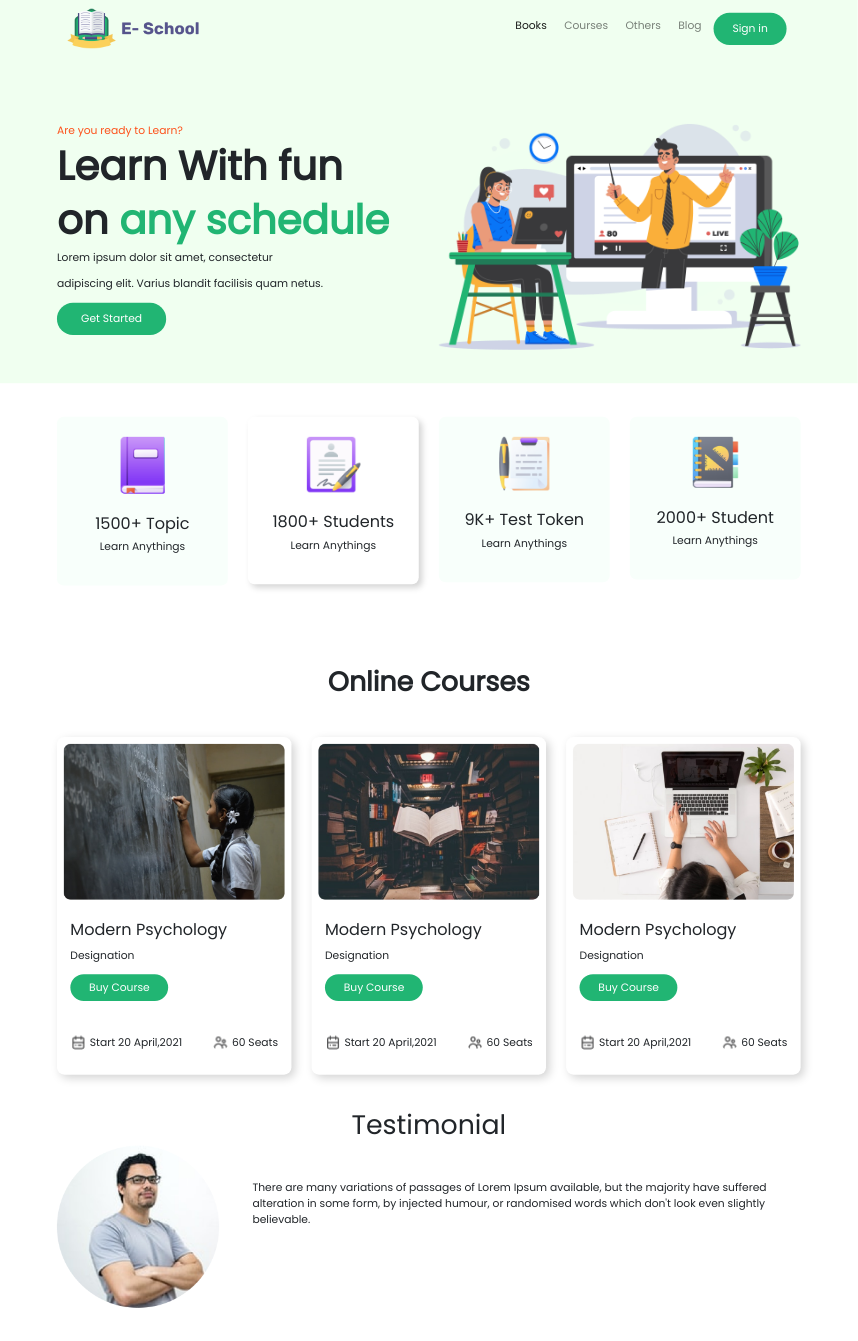
Repository: mohsinfarabi/e-school
Page: index.html
These files come from the project's save history. The page is drawn as it stood at one moment and after the next save; the edit follows.
The browser window is 1280 px wide. The pictures show the whole page, at 67% of full size.
The pointer rests on the first visible `.btn-primary`.

Above is the page before, as saved 2020-07-09 18:47:57.

After the next save:
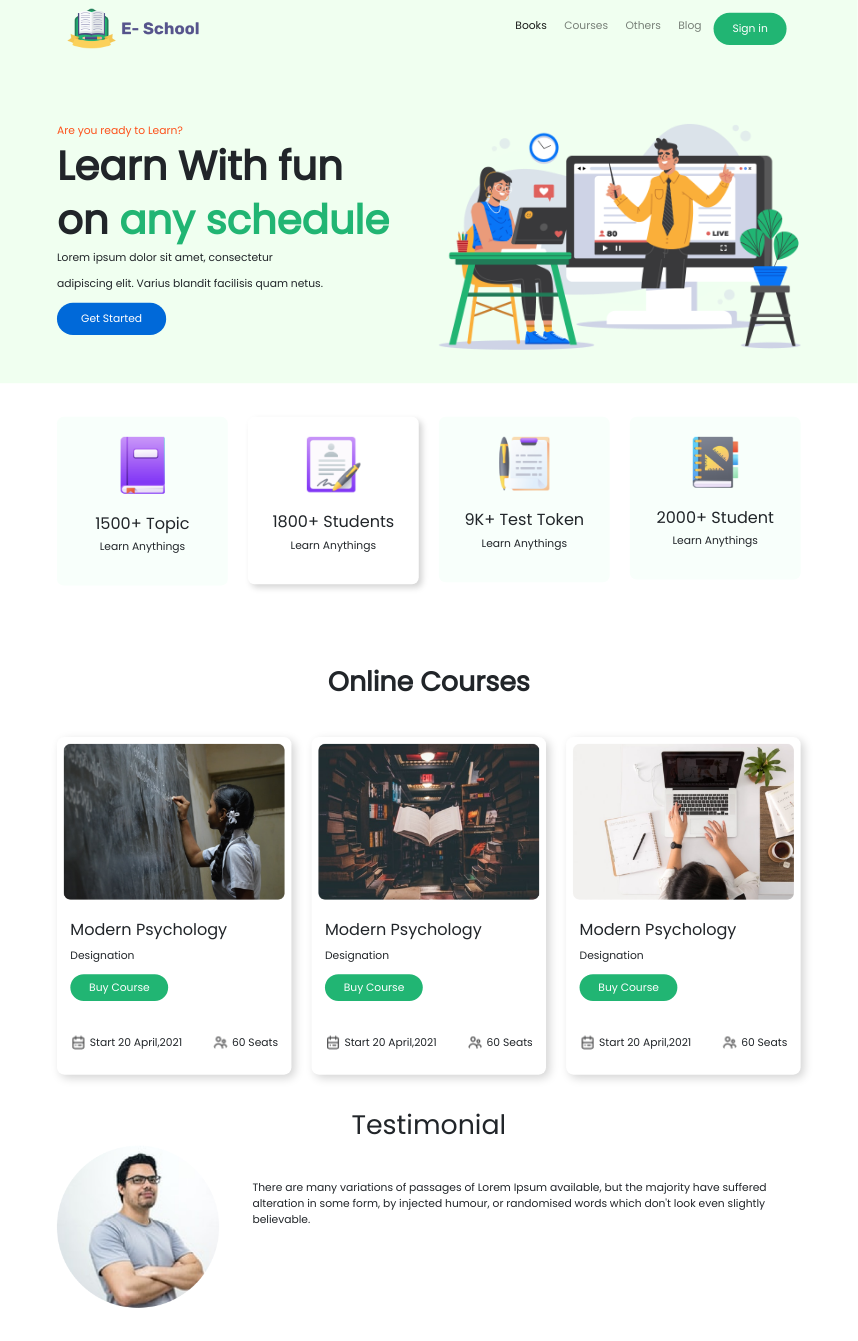
Saved 2 min 7 s later.
--- a/style.css
+++ b/style.css
@@ -52,11 +52,6 @@
 
     .highlight {
         color: #21B573;
-    }
-
-    .btn-primary:hover {
-        background: #21B573;
-        border: none;
     }
 
     .get-started {
